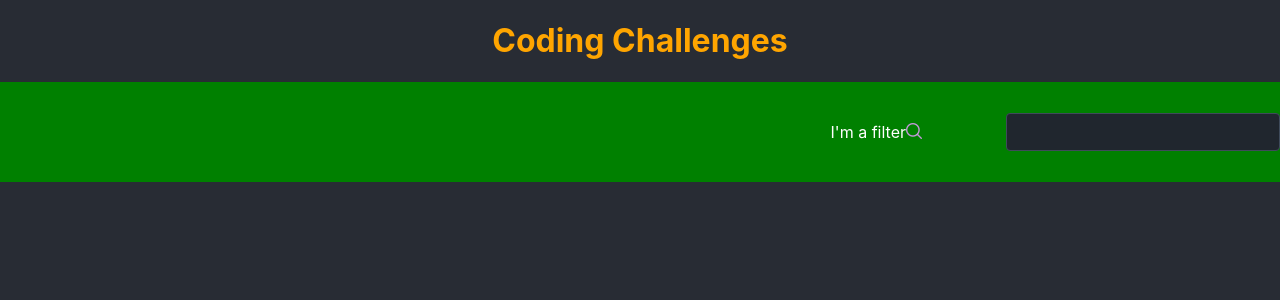
Repository: Valentina-Maraio/coding_challenges
Page: /
An editor plug-in stored every save of this project. The page is shown before and after a run of saves, followed by the edit.
The browser window is 1280 px wide. The pictures show the whole page.
The project was rebuilt for these pictures with package versions that can differ from the ones it lists, and the page was loaded fresh each time.

Above is the page before, as saved 2024-07-05 12:08:23.

### src/index.js
import React from 'react';
import ReactDOM from 'react-dom/client';
import './index.css';
import App from './App';
import reportWebVitals from './reportWebVitals';
import { PrimeReactProvider } from 'primereact/api';
import 'primeicons/primeicons.css';



const root = ReactDOM.createRoot(document.getElementById('root'));
root.render(
  <React.StrictMode>
    <PrimeReactProvider>
      <App/>
    </PrimeReactProvider>
  </React.StrictMode>
);

// If you want to start measuring performance in your app, pass a function
// to log results (for example: reportWebVitals(console.log))
// or send to an analytics endpoint. Learn more: https://bit.ly/CRA-vitals
reportWebVitals();

### src/App.js
import React, { useState } from "react";
import "primereact/resources/themes/bootstrap4-dark-purple/theme.css";
import "./App.css";
import { InputText } from "primereact/inputtext";
import { Button }  from "primereact/button";
import 'primeicons/primeicons.css';


function App() {
  const [inputValue, setInputValue] = useState("");

  const handleChange = (event) => {
    setInputValue(event.target.value);
  };

  const handleSubmit = () => {
    alert(`Input Value: ${inputValue}`);
    setInputValue("")
  };
  return (
    <>
      <div className="container">
        <div className="app_title">
          <h1>Coding Challenges</h1>
        </div>
        <div className="filter_container">
          <p>I'm a filter</p>
          <div className="submit_icon">
          <i onClick={handleSubmit} className="pi pi-search" style={{ color: 'var(--primary-color)' }}></i>
          </div>
          <InputText value={inputValue} onChange={handleChange} />
        </div>
      </div>
    </>
  );
}

export default App;

### src/App.css
body {
  background-color: #282c34;
}

.container {
  display: flex;
  justify-content: center;
  align-items: center;
  flex-direction: column;
}

.app_title {
  color: orange;
}

.filter_container {
  width: 100%;
  height: 100px;
  background-color: green;
  display: flex;
  justify-content: flex-end;
  align-items: center;
}

.submit_icon {
  width: 100px;
}

Loaded but not shown: public/index.html (common file); src/index.css (common file); src/reportWebVitals.js (common file)

After the next 2 saves:
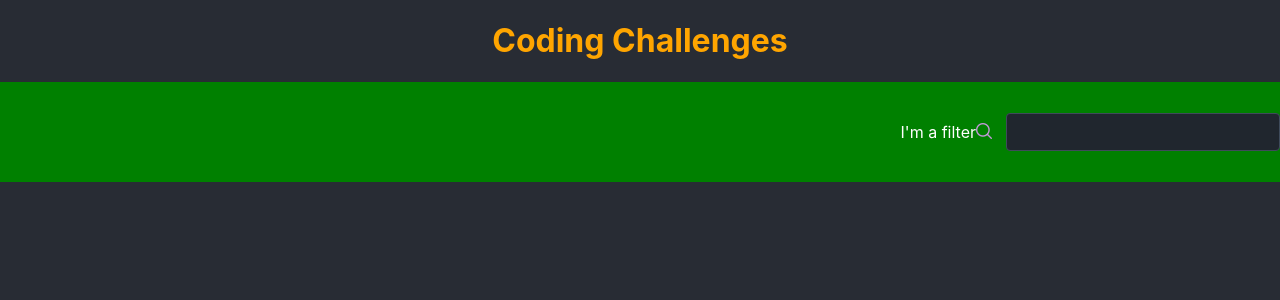
The 2 saves are shown as one change because they came seconds apart.
The last was saved 6 s later.
--- a/src/App.css
+++ b/src/App.css
@@ -23,5 +23,5 @@ body {
 }
 
 .submit_icon {
-  width: 100px;
+  width: 30px;
 }
